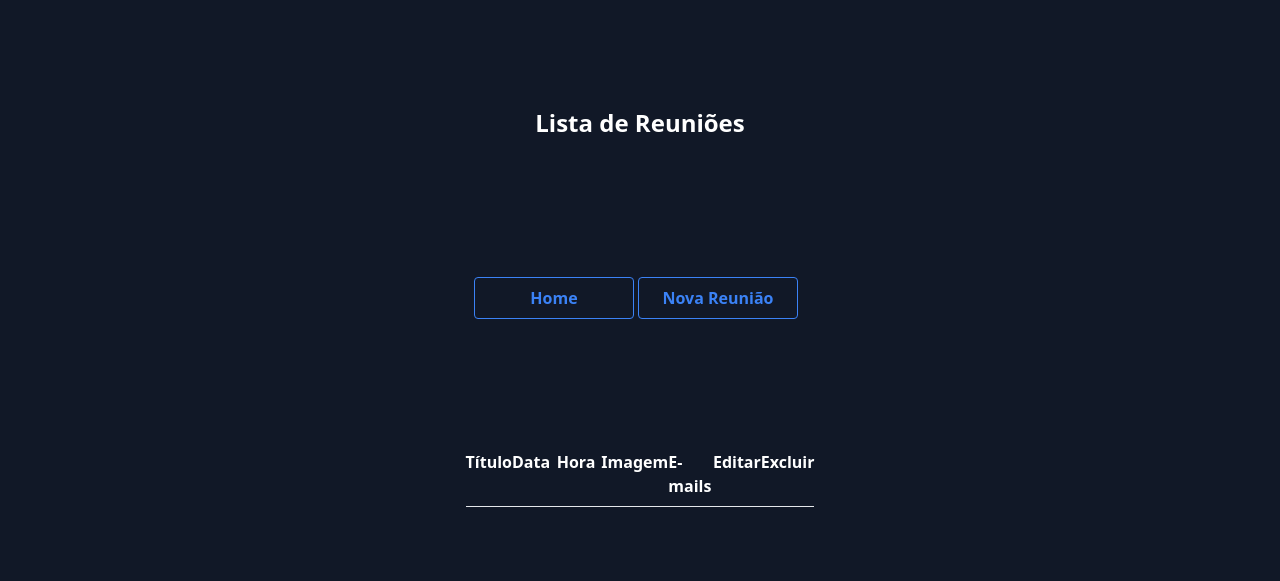
Repository: TamiBeira/meeting
Page: /meetings
The author's editor kept a copy of each file at every save. The page is drawn from the files as they stood at one save, then again after the next save.
The browser window is 1280 px wide. The pictures show the whole page.
The project was rebuilt for these pictures with package versions that can differ from the ones it lists, and the page was loaded fresh each time. Also part of the build but not shown: vite.config.ts, src/contexts/FormContext.tsx, src/components/Form.tsx, src/components/HomePage.tsx.

Above is the page before, as saved 2024-02-27 00:44:58.

After the next save:
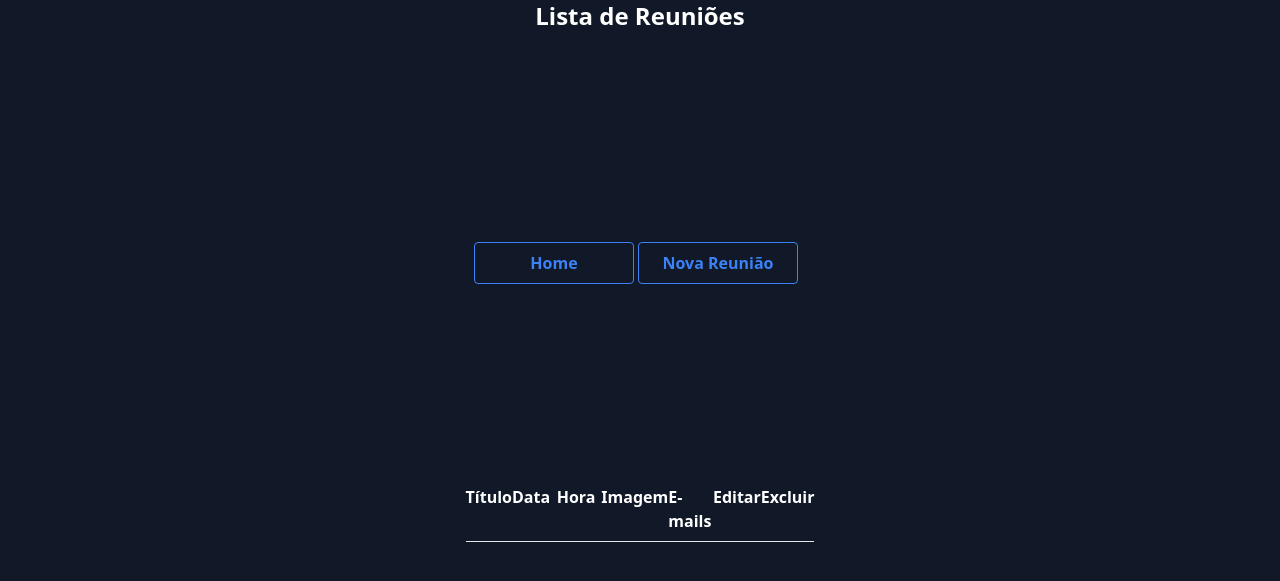
Saved 8 s later.
--- a/src/components/MeetingsView.tsx
+++ b/src/components/MeetingsView.tsx
@@ -28,7 +28,7 @@ export const MeetingsView: React.FC = () => {
   };
 
   return (
-<div className="flex flex-col items-center bg-gray-900 h-screen mx-auto justify-evenly">
+<div className="flex flex-col items-center bg-gray-900 h-screen mx-auto justify-between">
       <h2 className="text-2xl text-white font-bold mb-4">Lista de Reuniões</h2>
       <div className="mt-4 mb-4">
         <Link to="/" className="w-40 mr-1 inline-block text-center border border-solid border-blue-500 text-blue-500 font-bold px-4 py-2 rounded">Home</Link>
